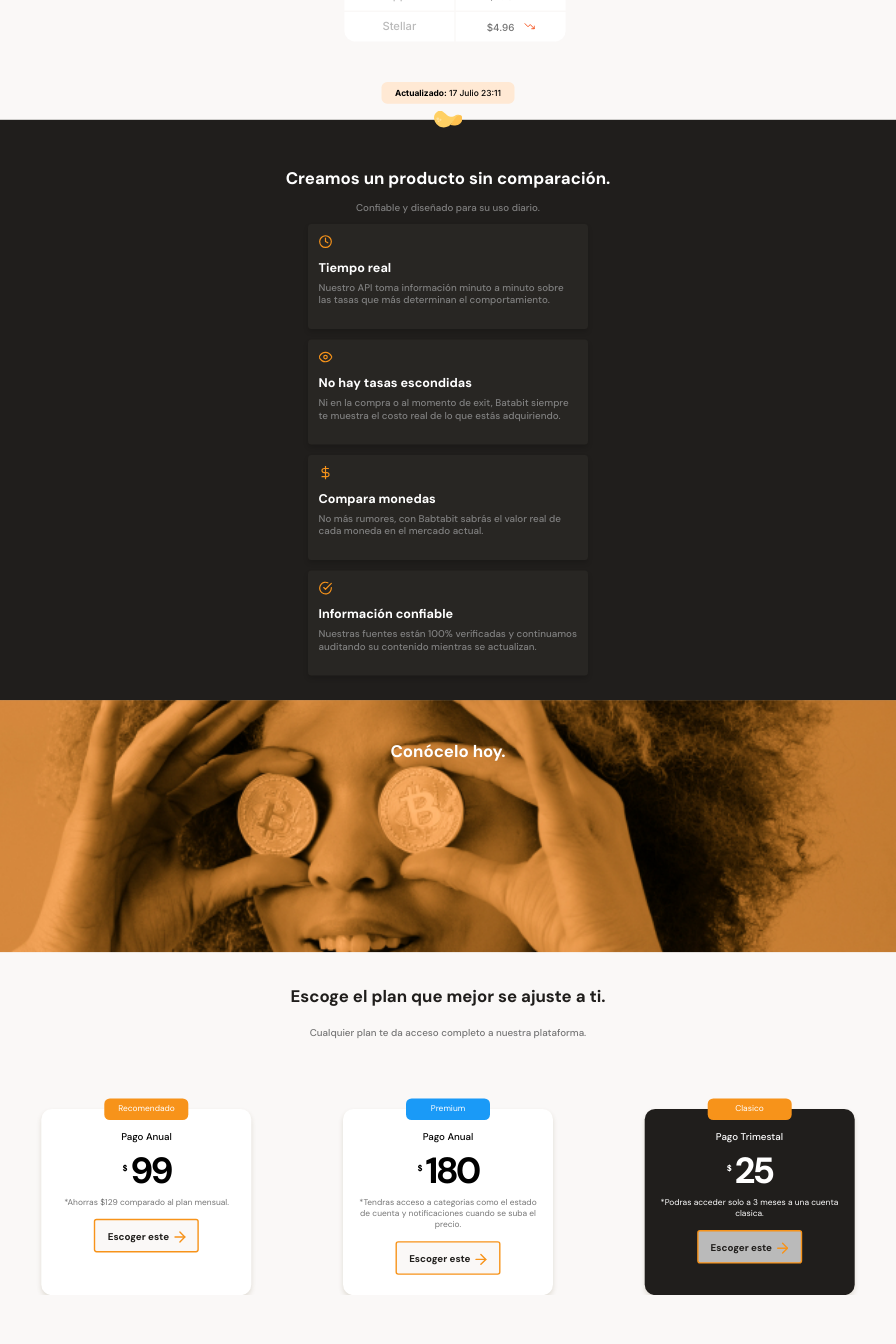
Repository: Pandrea-hub/Batatabit
Page: index.html
These files come from the project's save history. The page is drawn as it stood at one moment and after the next save; the edit follows.
The browser window is 1280 px wide. The pictures show the part of the page from y = 963 to 2883 px (the page is 2883 px tall), at 70% of full size.

Above is the page before, as saved 2022-04-20 07:15:44.

After the next save:
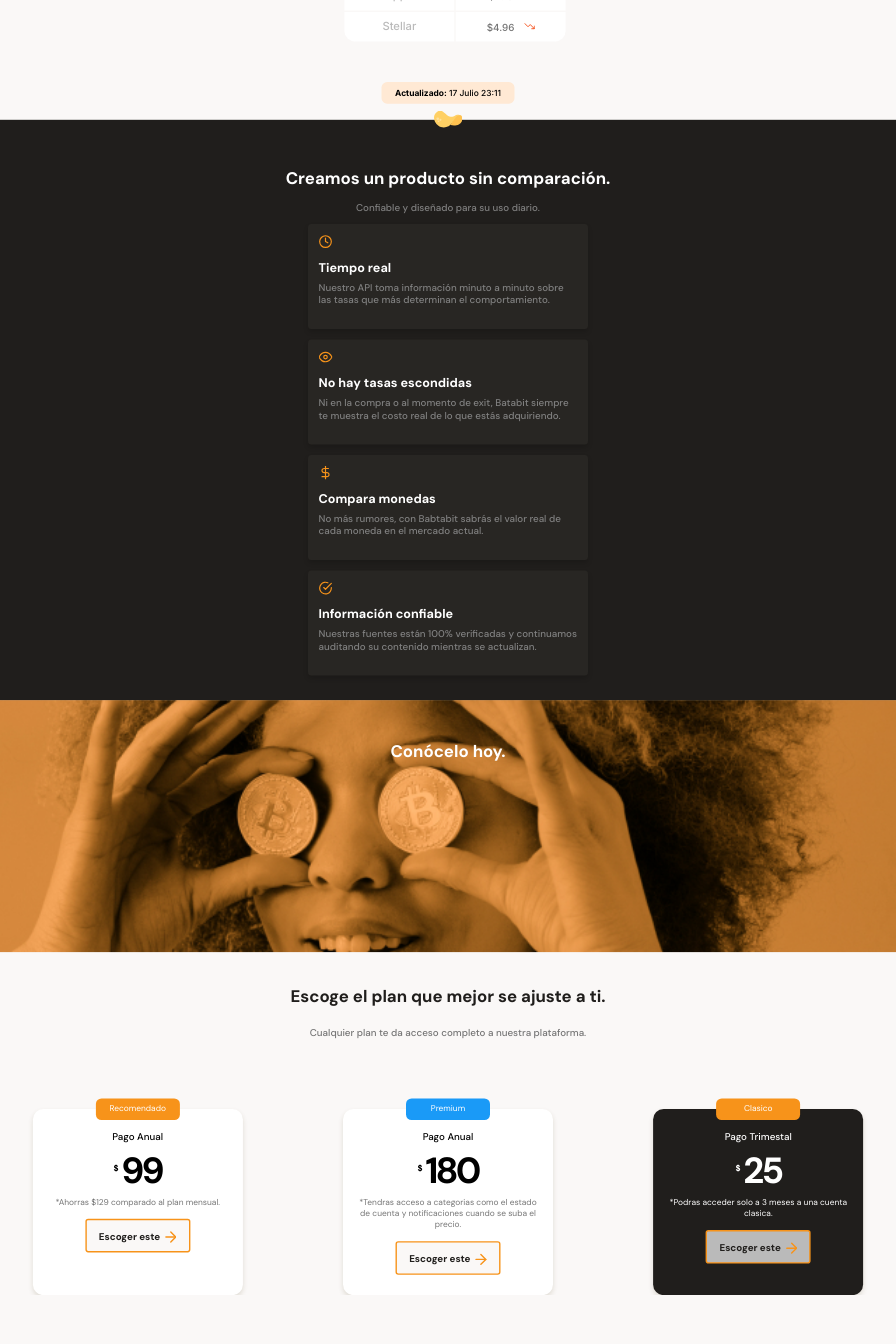
Saved 4 min 13 s later.
--- a/style.css
+++ b/style.css
@@ -503,7 +503,7 @@
 .plans-container--slider{
     display: flex;
     height: 316px;
-    gap: 1.2rem;
+    gap: 5rem;
     overflow-x: scroll;
     overscroll-behavior-x: contain;
     scroll-snap-type: proximity;
